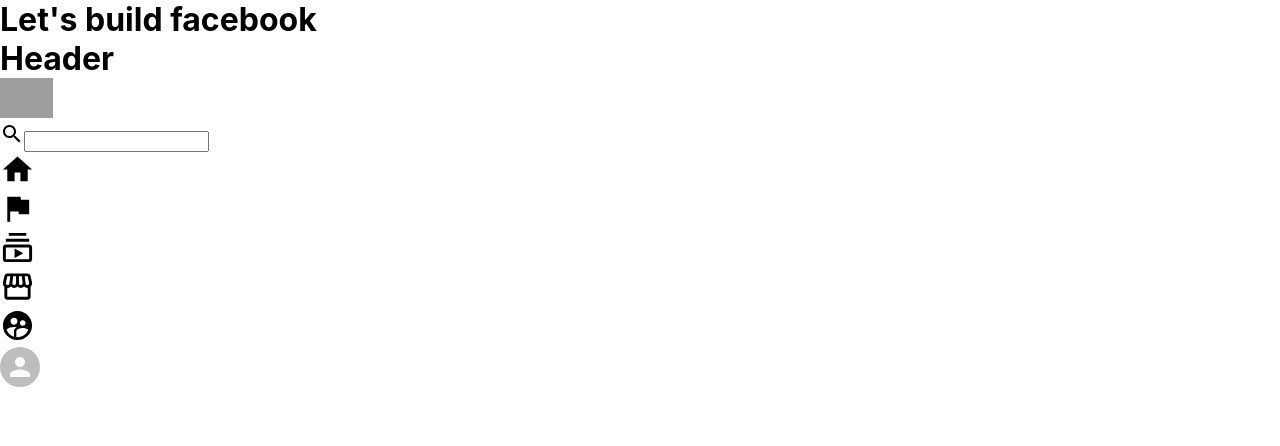
Repository: exiled-kal/FaceBook
Page: /
The author's editor kept a copy of each file at every save. The page is drawn from the files as they stood at one save, then again after a run of saves.
The browser window is 1280 px wide. The pictures show the whole page.
Pictures or frames that could not be fetched are drawn as grey boxes. The project was rebuilt for these pictures with package versions that can differ from the ones it lists, and the page was loaded fresh each time. Also part of the build but not shown: src/App.css.

Above is the page before, as saved 2020-08-29 21:40:06.

### src/App.js
import React from 'react';
import './App.css';
import Header from './Header';

function App() {
  return (
    <div className="app">
      <h1>Let's build facebook</h1>

      {/* Header */}
      <Header />
      {/* App Body */}
      {/* SideBar */}
      {/* Feed */}
      {/* Widget */}
    </div>
  );
}

export default App;

### src/Header.js
import React from 'react';
import './Header.css';
import SearchIcon from '@material-ui/icons/Search';
import HomeIcon from '@material-ui/icons/Home';
import FlagIcon from '@material-ui/icons/Flag';
import SubscriptionOutlinedIcon from '@material-ui/icons/SubscriptionsOutlined';
import StorefrontOutlinedIcon from '@material-ui/icons/StorefrontOutlined';
import SupervisedUserCircleIcon from '@material-ui/icons/SupervisedUserCircle';
import { Avatar } from '@material-ui/core';

function Header() {
  return (
    <div className="header">
      <h1>Header</h1>
      <div className="header__left">
        <img
          src="https://facebookbrand.com/wp-content/uploads/2019/04/f_logo_RGB-Hex-Blue_512.png?w=512&h=512"
          alt=""
        />
        <div className="header__input">
          <SearchIcon />
          <input type="text" />
        </div>
      </div>

      <div className="header__middle">
        <div className="header__option">
          <HomeIcon fontSize="large" />
        </div>
        <div className="header__option">
          <FlagIcon fontSize="large" />
        </div>
        <div className="header__option">
          <SubscriptionOutlinedIcon fontSize="large" />
        </div>
        <div className="header__option">
          <StorefrontOutlinedIcon fontSize="large" />
        </div>
        <div className="header__option">
          <SupervisedUserCircleIcon fontSize="large" />
        </div>
      </div>

      <div className="header__right">
          <div className="header__info">
              <Avatar />
              <h4></h4>
          </div>
      </div>
    </div>
  );
}

export default Header;

### src/Header.css
.header__left > img {
  height: 40px;

}

Loaded but not shown: public/index.html (common file); src/index.js (common file); src/index.css (common file); src/serviceWorker.js (common file)

After the next 2 saves:
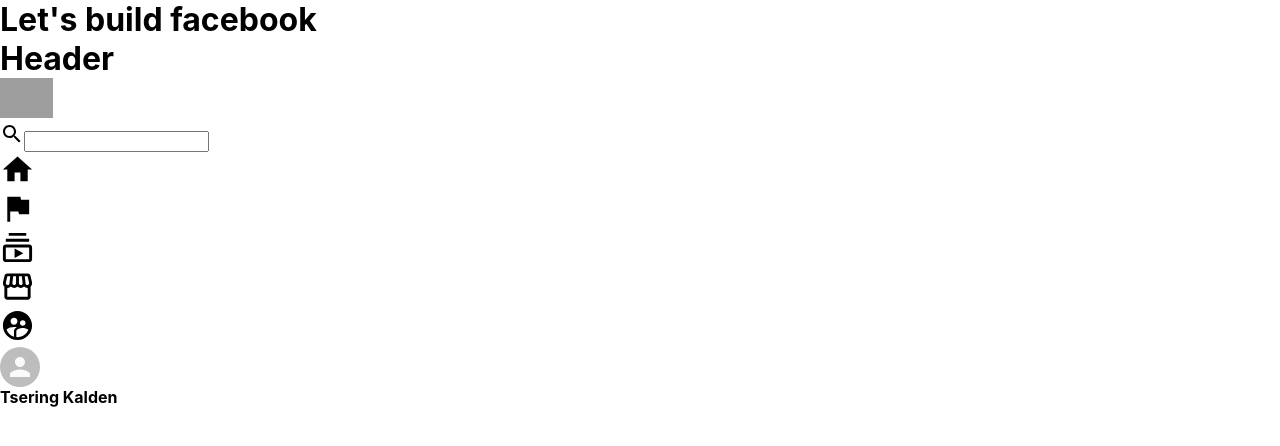
The 2 saves are shown as one change because they came seconds apart.
The last was saved 9 s later.
--- a/src/Header.js
+++ b/src/Header.js
@@ -6,7 +6,7 @@
 import SubscriptionOutlinedIcon from '@material-ui/icons/SubscriptionsOutlined';
 import StorefrontOutlinedIcon from '@material-ui/icons/StorefrontOutlined';
 import SupervisedUserCircleIcon from '@material-ui/icons/SupervisedUserCircle';
-import { Avatar } from '@material-ui/core';
+import {Avatar} from '@material-ui/core';
 
 function Header() {
   return (
@@ -42,10 +42,10 @@
       </div>
 
       <div className="header__right">
-          <div className="header__info">
-              <Avatar />
-              <h4></h4>
-          </div>
+        <div className="header__info">
+          <Avatar />
+          <h4>Tsering Kalden</h4>
+        </div>
       </div>
     </div>
   );
